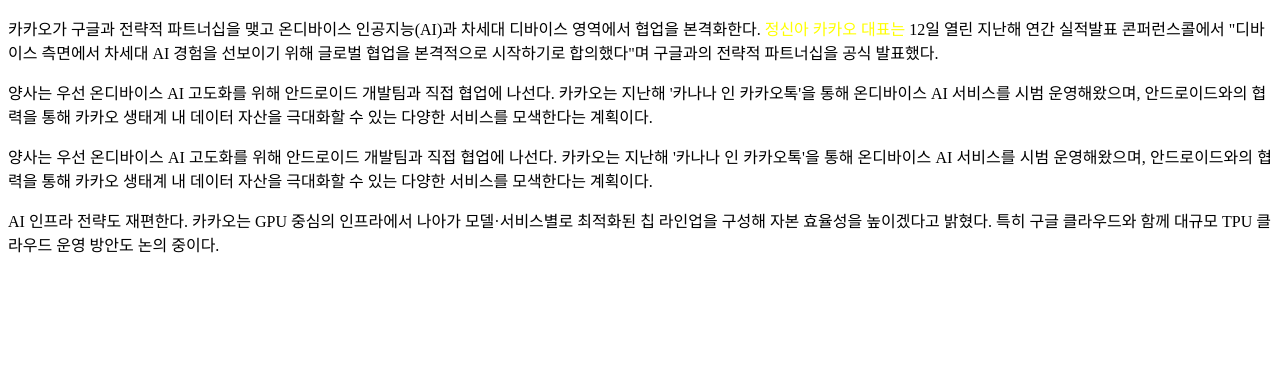
Repository: kmd192kmd/Web
Page: html/HtmlTest/src/main/webapp/ex07_p.html
These files come from the project's save history. The page is drawn as it stood at one moment and after the next save; the edit follows.
The browser window is 1280 px wide. The pictures show the whole page.

Above is the page before, as saved 2026-02-13 00:27:12.

### html/HtmlTest/src/main/webapp/ex07_p.html
<!DOCTYPE html>
<html>
<head>
<meta charset="UTF-8">
<title>Insert title here</title>
</head>
<body>
	<!-- ex07_p.html -->
	<!--

		<p>, paragraph
		- 문단 태그
		- 텍스트 집합
		- 쌍태그, 혼합형

		p.align

		<font>
		- 텍스트 서식
		- 쌍태그, 혼합형

		font.size
		- 텍스트 크기
		- 1~7

		font.face
		- 글꼴(서체)
		- 폰트는 서버측 폰트 사용(X) > 클라이언트(브라우저) 컴퓨터의 폰트를 사용
		- 되도록 모든 컴퓨터에 설치되어 있을 확률이 높은 폰트를 사용

		font.color
		- 텍스트 색상
		- Color Name / RGB

	 -->
	<p>카카오가 구글과 전략적 파트너십을 맺고 온디바이스 인공지능(AI)과 차세대 디바이스 영역에서 협업을 본격화한다. <font size="3" face="HY견고딕" color="yellow">정신아 카카오 대표는</font> 12일 열린 지난해 연간 실적발표 콘퍼런스콜에서
	"디바이스 측면에서 차세대 AI 경험을 선보이기 위해 글로벌 협업을 본격적으로 시작하기로 합의했다"며 구글과의 전략적 파트너십을 공식 발표했다.</p>

	<p align="left">양사는 우선 온디바이스 AI 고도화를 위해 안드로이드 개발팀과 직접 협업에 나선다. 카카오는 지난해 '카나나 인 카카오톡'을 통해 온디바이스 AI 서비스를 시범 운영해왔으며,
	안드로이드와의 협력을 통해 카카오 생태계 내 데이터 자산을 극대화할 수 있는 다양한 서비스를 모색한다는 계획이다.</p>

	<p align="justify">양사는 우선 온디바이스 AI 고도화를 위해 안드로이드 개발팀과 직접 협업에 나선다. 카카오는 지난해 '카나나 인 카카오톡'을 통해 온디바이스 AI 서비스를 시범 운영해왔으며,
	 안드로이드와의 협력을 통해 카카오 생태계 내 데이터 자산을 극대화할 수 있는 다양한 서비스를 모색한다는 계획이다.</p>

	<p>AI 인프라 전략도 재편한다. 카카오는 GPU 중심의 인프라에서 나아가 모델·서비스별로 최적화된 칩 라인업을 구성해 자본 효율성을 높이겠다고 밝혔다. 특히 구글 클라우드와 함께
	대규모 TPU 클라우드 운영 방안도 논의 중이다.</p>

</body>
</html>

After the next save:
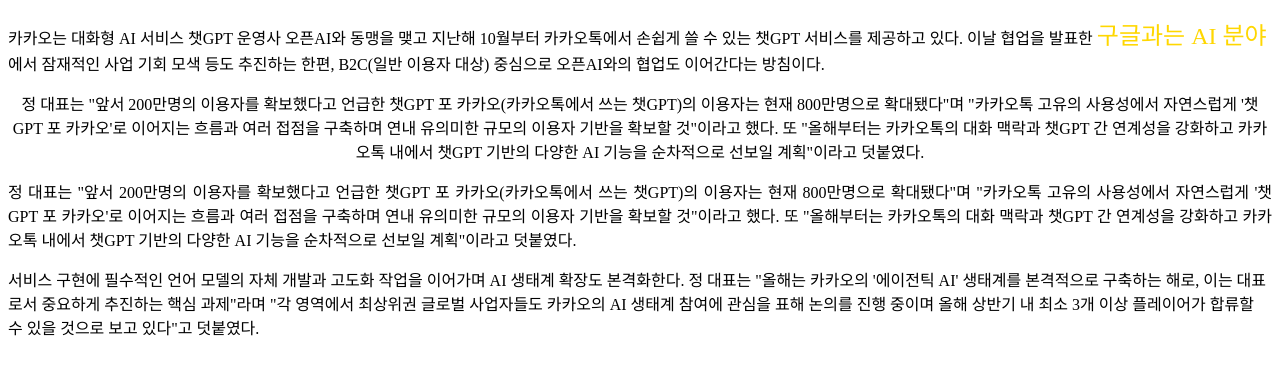
Saved 12 s later.
--- a/html/HtmlTest/src/main/webapp/ex07_p.html
+++ b/html/HtmlTest/src/main/webapp/ex07_p.html
@@ -14,6 +14,7 @@
 		- 쌍태그, 혼합형
 
 		p.align
+
 
 		<font>
 		- 텍스트 서식
@@ -32,18 +33,14 @@
 		- 텍스트 색상
 		- Color Name / RGB
 
-	 -->
-	<p>카카오가 구글과 전략적 파트너십을 맺고 온디바이스 인공지능(AI)과 차세대 디바이스 영역에서 협업을 본격화한다. <font size="3" face="HY견고딕" color="yellow">정신아 카카오 대표는</font> 12일 열린 지난해 연간 실적발표 콘퍼런스콜에서
-	"디바이스 측면에서 차세대 AI 경험을 선보이기 위해 글로벌 협업을 본격적으로 시작하기로 합의했다"며 구글과의 전략적 파트너십을 공식 발표했다.</p>
+	-->
 
-	<p align="left">양사는 우선 온디바이스 AI 고도화를 위해 안드로이드 개발팀과 직접 협업에 나선다. 카카오는 지난해 '카나나 인 카카오톡'을 통해 온디바이스 AI 서비스를 시범 운영해왔으며,
-	안드로이드와의 협력을 통해 카카오 생태계 내 데이터 자산을 극대화할 수 있는 다양한 서비스를 모색한다는 계획이다.</p>
+	<p>카카오는 대화형 AI 서비스 챗GPT 운영사 오픈AI와 동맹을 맺고 지난해 10월부터 카카오톡에서 손쉽게 쓸 수 있는 챗GPT 서비스를 제공하고 있다. 이날 협업을 발표한 <font size="5" face="HY견고딕" color="gold">구글과는 AI 분야</font>에서 잠재적인 사업 기회 모색 등도 추진하는 한편, B2C(일반 이용자 대상) 중심으로 오픈AI와의 협업도 이어간다는 방침이다.</p>
 
-	<p align="justify">양사는 우선 온디바이스 AI 고도화를 위해 안드로이드 개발팀과 직접 협업에 나선다. 카카오는 지난해 '카나나 인 카카오톡'을 통해 온디바이스 AI 서비스를 시범 운영해왔으며,
-	 안드로이드와의 협력을 통해 카카오 생태계 내 데이터 자산을 극대화할 수 있는 다양한 서비스를 모색한다는 계획이다.</p>
+	<p align="center">정 대표는 "앞서 200만명의 이용자를 확보했다고 언급한 챗GPT 포 카카오(카카오톡에서 쓰는 챗GPT)의 이용자는 현재 800만명으로 확대됐다"며 "카카오톡 고유의 사용성에서 자연스럽게 '챗GPT 포 카카오'로 이어지는 흐름과 여러 접점을 구축하며 연내 유의미한 규모의 이용자 기반을 확보할 것"이라고 했다. 또 "올해부터는 카카오톡의 대화 맥락과 챗GPT 간 연계성을 강화하고 카카오톡 내에서 챗GPT 기반의 다양한 AI 기능을 순차적으로 선보일 계획"이라고 덧붙였다.</p>
+	<p align="justify">정 대표는 "앞서 200만명의 이용자를 확보했다고 언급한 챗GPT 포 카카오(카카오톡에서 쓰는 챗GPT)의 이용자는 현재 800만명으로 확대됐다"며 "카카오톡 고유의 사용성에서 자연스럽게 '챗GPT 포 카카오'로 이어지는 흐름과 여러 접점을 구축하며 연내 유의미한 규모의 이용자 기반을 확보할 것"이라고 했다. 또 "올해부터는 카카오톡의 대화 맥락과 챗GPT 간 연계성을 강화하고 카카오톡 내에서 챗GPT 기반의 다양한 AI 기능을 순차적으로 선보일 계획"이라고 덧붙였다.</p>
 
-	<p>AI 인프라 전략도 재편한다. 카카오는 GPU 중심의 인프라에서 나아가 모델·서비스별로 최적화된 칩 라인업을 구성해 자본 효율성을 높이겠다고 밝혔다. 특히 구글 클라우드와 함께
-	대규모 TPU 클라우드 운영 방안도 논의 중이다.</p>
+	<p>서비스 구현에 필수적인 언어 모델의 자체 개발과 고도화 작업을 이어가며 AI 생태계 확장도 본격화한다. 정 대표는 "올해는 카카오의 '에이전틱 AI' 생태계를 본격적으로 구축하는 해로, 이는 대표로서 중요하게 추진하는 핵심 과제"라며 "각 영역에서 최상위권 글로벌 사업자들도 카카오의 AI 생태계 참여에 관심을 표해 논의를 진행 중이며 올해 상반기 내 최소 3개 이상 플레이어가 합류할 수 있을 것으로 보고 있다"고 덧붙였다.</p>
 
 </body>
 </html>
